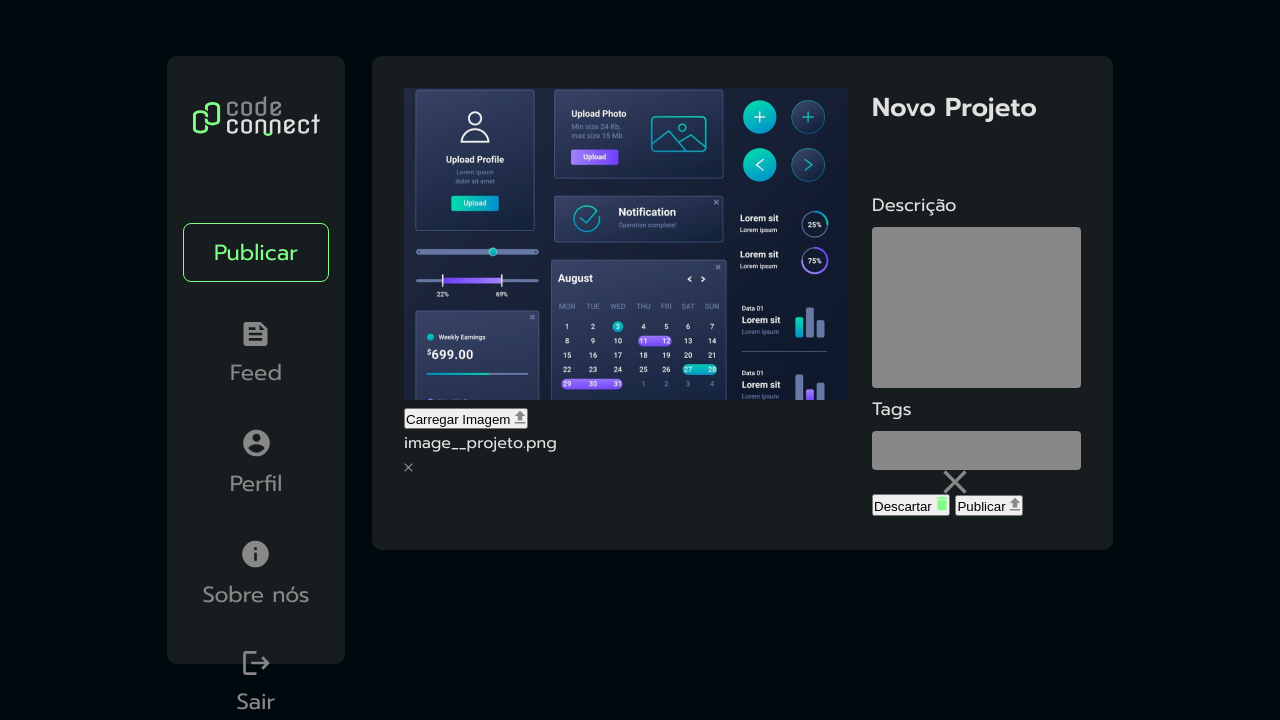
Repository: joaoPraiaJunior/async_await
Page: index.html
An editor plug-in stored every save of this project. The page is shown before and after the next save, followed by the edit.
The browser window is 1280 px wide. The pictures show the whole page.

Above is the page before, as saved 2024-08-24 19:33:31.

After the next save:
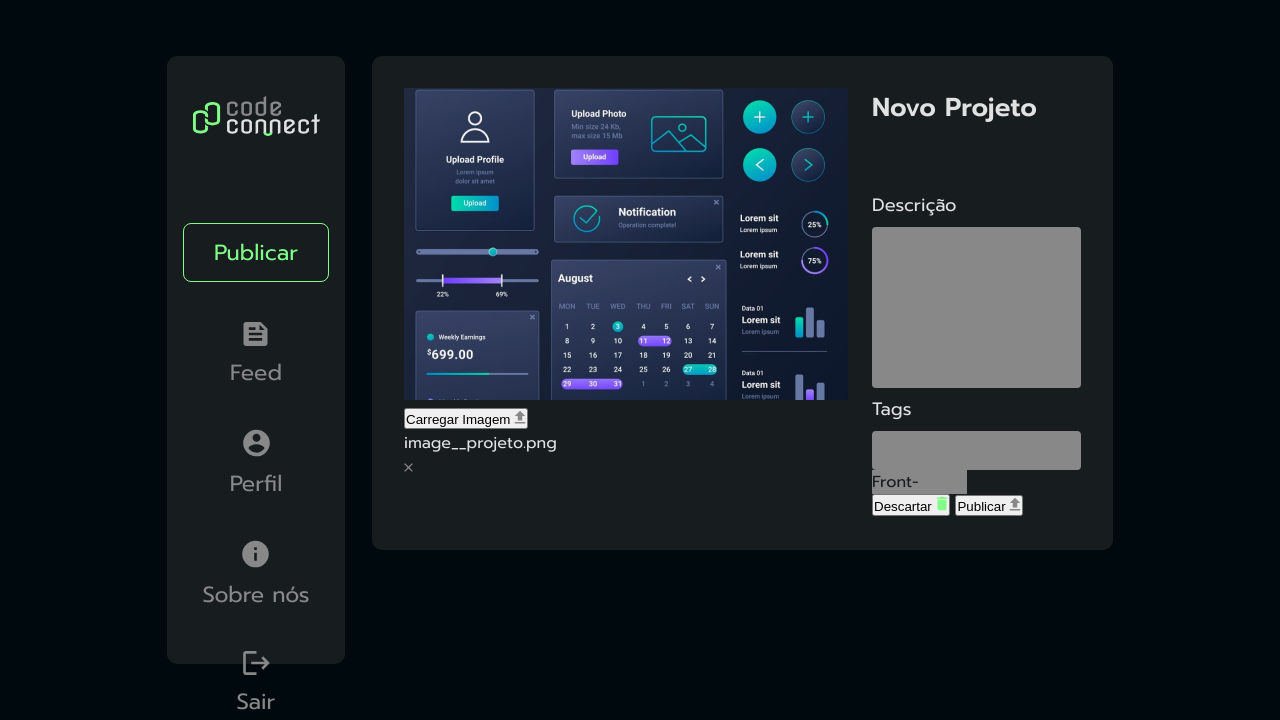
Saved 11 s later.
--- a/css/styles.css
+++ b/css/styles.css
@@ -130,4 +130,5 @@ body {
     display: flex;
     gap: 1.0rem;
     color: var(--cor-da-tag);
+    background-color: var(--cor-secundaria);
 }
